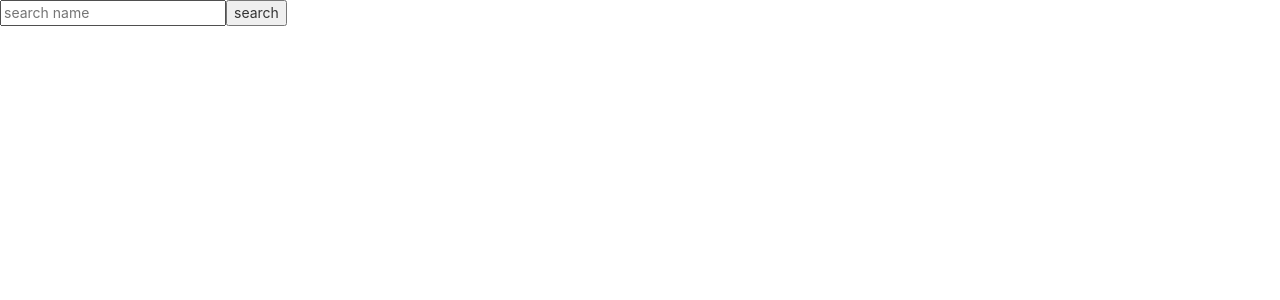
Repository: Shanshan67/React_a
Page: /
The author's editor kept a copy of each file at every save. The page is drawn from the files as they stood at one save, then again after the next save.
The browser window is 1280 px wide. The pictures show the whole page.
The project was rebuilt for these pictures with package versions that can differ from the ones it lists, and the page was loaded fresh each time.

Above is the page before, as saved 2022-12-10 22:31:53.

After the next save:
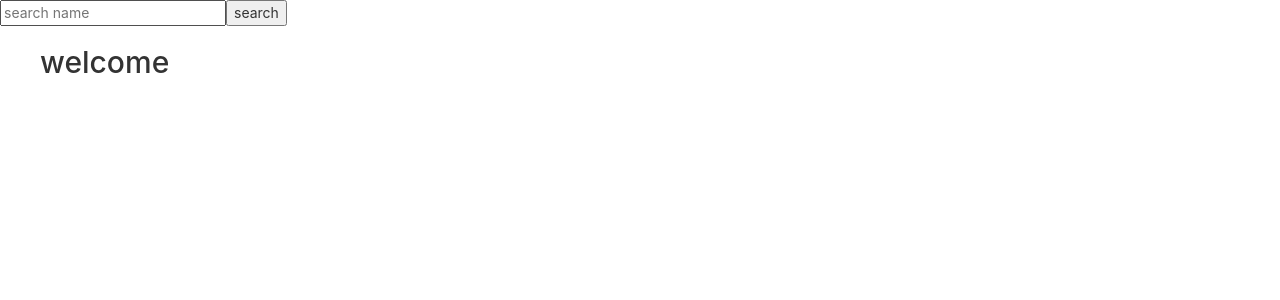
Saved 2 min 46 s later.
--- a/src/components/List/index.jsx
+++ b/src/components/List/index.jsx
@@ -8,9 +8,14 @@
       <div>
         <ul>
             {
-                users.map((user) => {
-                    return <li key={user.id}></li>
-                })
+              isFirst ? <h2>welcome</h2> :
+              isLoading ? <h2>loading...</h2> :
+              err ? <h2 style={{color:'red'}}>{err} </h2> :
+              users.map((user) => {
+                  return (<li key={user.id}>
+
+                  </li>)
+              })
             }
         </ul>
       </div>

After the 6 saves that followed:
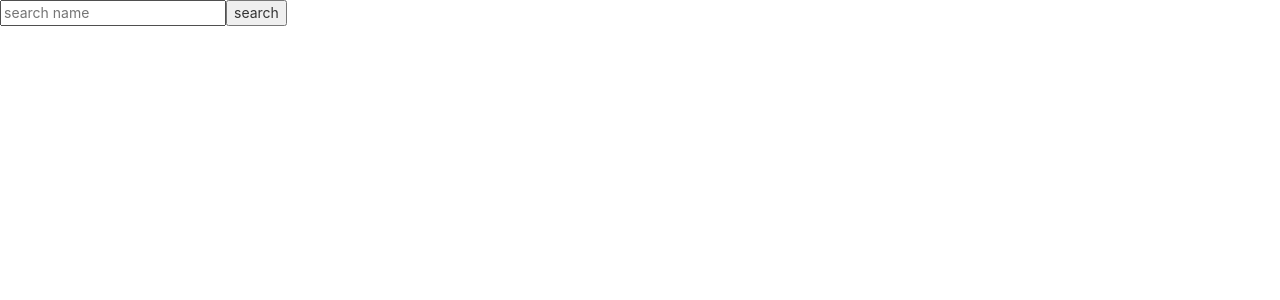
The 6 saves are shown as one change because 2 did not build or start and 3 left the picture as it was.
The last was saved 7 min 48 s later.
--- a/src/App.jsx
+++ b/src/App.jsx
@@ -1,4 +1,5 @@
 import React, { Component } from 'react'
+import { BrowserRouter, Routes, Route } from 'react-router-dom'
 import Search from './components/Search'
 import List from './components/List'
 
@@ -16,10 +17,12 @@
 
   render() {
     return (
-      <div>
-        <Search addSearch={this.addSearch} />
-        <List {...this.state}/>
-      </div>
+      <BrowserRouter>
+        <Routes>
+          <Route path='/' element={<Search addSearch={this.addSearch} />} />
+          <Route path='/list' element={<List {...this.state}/>} />
+        </Routes>
+      </BrowserRouter>
     )
   }
 }
--- a/src/components/Search/index.jsx
+++ b/src/components/Search/index.jsx
@@ -15,7 +15,7 @@
   render() {
     return (
       <div>
-        <input ref={this.keyWord} type="text" placeholder='search name' />
+        <input ref={c=>this.keyWord=c} type="text" placeholder='search name' />
         <button onClick={this.search} >search</button>
       </div>
     )
--- a/src/components/List/index.jsx
+++ b/src/components/List/index.jsx
@@ -12,8 +12,12 @@
               isLoading ? <h2>loading...</h2> :
               err ? <h2 style={{color:'red'}}>{err} </h2> :
               users.map((user) => {
-                  return (<li key={user.id}>
-
+                  return (
+                  <li key={user.id}>
+                    <a href={user.html_url}>
+                      <img src={user.avatar_url} alt="head_portrait" style={{width:'100px'}} />
+                    </a>
+                    <p>{user.login} </p>
                   </li>)
               })
             }
